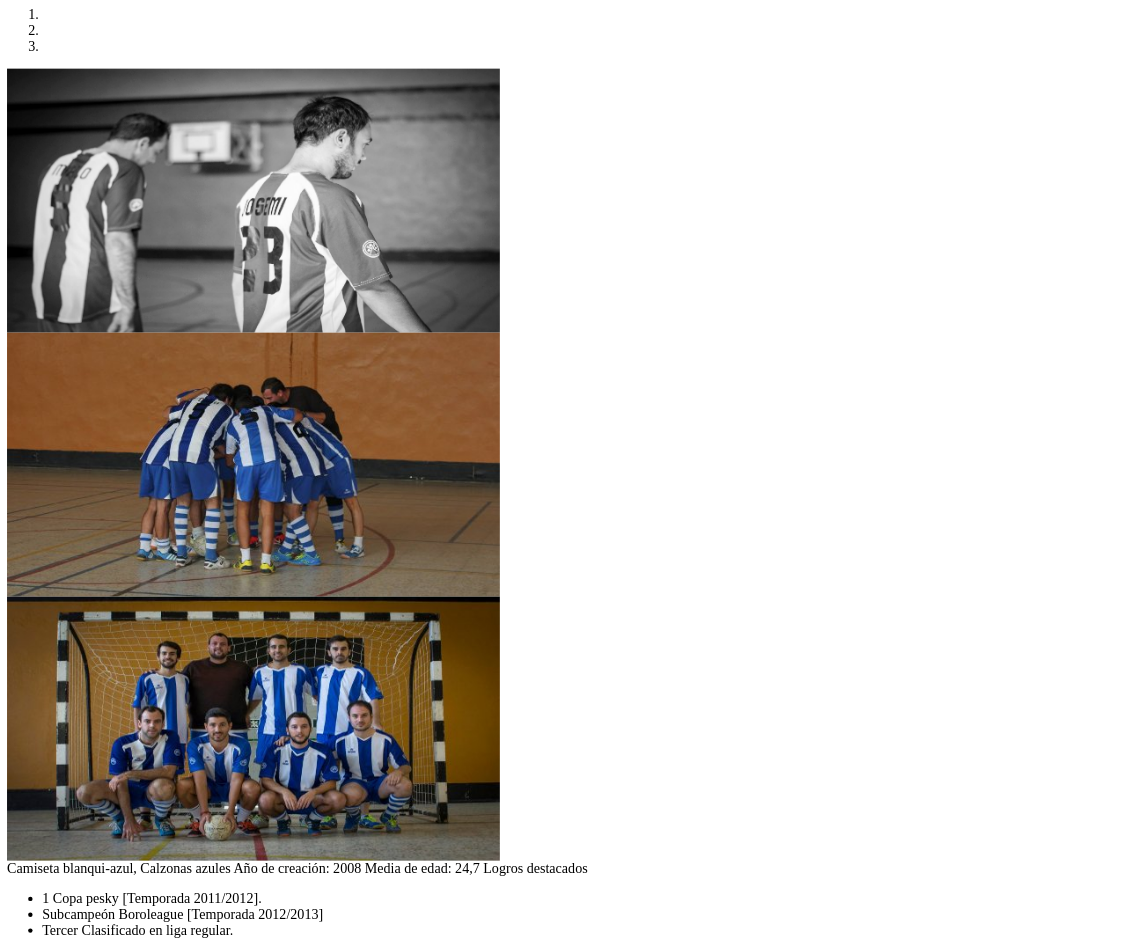
Repository: DiegoGodoy/atletiblue
Page: app/views/plantilla.html
The author's editor kept a record of every edit. The page is drawn from the files as they stood at one moment, then again after the next edit.
The browser window is 1280 px wide. The pictures show the whole page, at 88% of full size.

Above is the page before.

### app/views/plantilla.html
<div ng-controller="PlantillaCtrl" class="container" >
        <div class="row">

            <div class="col-md-12">
                <div class="panel">
                    <div class="panel-body">
                         <div id="miCarrusel" class="carousel slide col-md-7" data-ride="carousel">
                          <!-- indicadores para hacer el ciclo -->
                          <ol class="carousel-indicators">
                            <li data-target="#miCarrusel" data-slide-to="0" class="active"></li>
                            <li data-target="#miCarrusel" data-slide-to="1"></li>
                            <li data-target="#miCarrusel" data-slide-to="2"></li>
                          </ol>

                          <!-- Imágenes del slide -->
                          <div class="carousel-inner" role="listbox">
                            <div class="item active">
                              <img src="images/plantilla.jpg">
                            </div>
                            <div class="item">
                              <img src="images/plantilla2.jpg" >
                            </div>
                            <div class="item">
                              <img src="images/plantilla3.jpg">
                            </div>
                          </div>

                          <!-- botón retrasar y avanzar -->
                         <div class="left carousel-control" href="#miCarrusel"
                           role="button" data-slide="prev">
                            <span class="glyphicon glyphicon-chevron-left" ></span>
                          </div>
                          <div class="right carousel-control" href="#miCarrusel"
                           role="button" data-slide="next">
                            <span class="glyphicon glyphicon-chevron-right"></span>
                          </div>
                        </div>
                        <div class="col-md-5">
                        Camiseta blanqui-azul, Calzonas azules

                        Año de creación: 2008

                        Media de edad: 24,7

                        Logros destacados
                        <ul>
                            <li>1 Copa pesky [Temporada 2011/2012].</li>
                            <li>Subcampeón Boroleague [Temporada 2012/2013]</li>
                            <li>Tercer Clasificado en liga regular.</li>
                        </ul>
                        </div>
                </div>
            </div>
        </div>
    </div>

After the next edit:
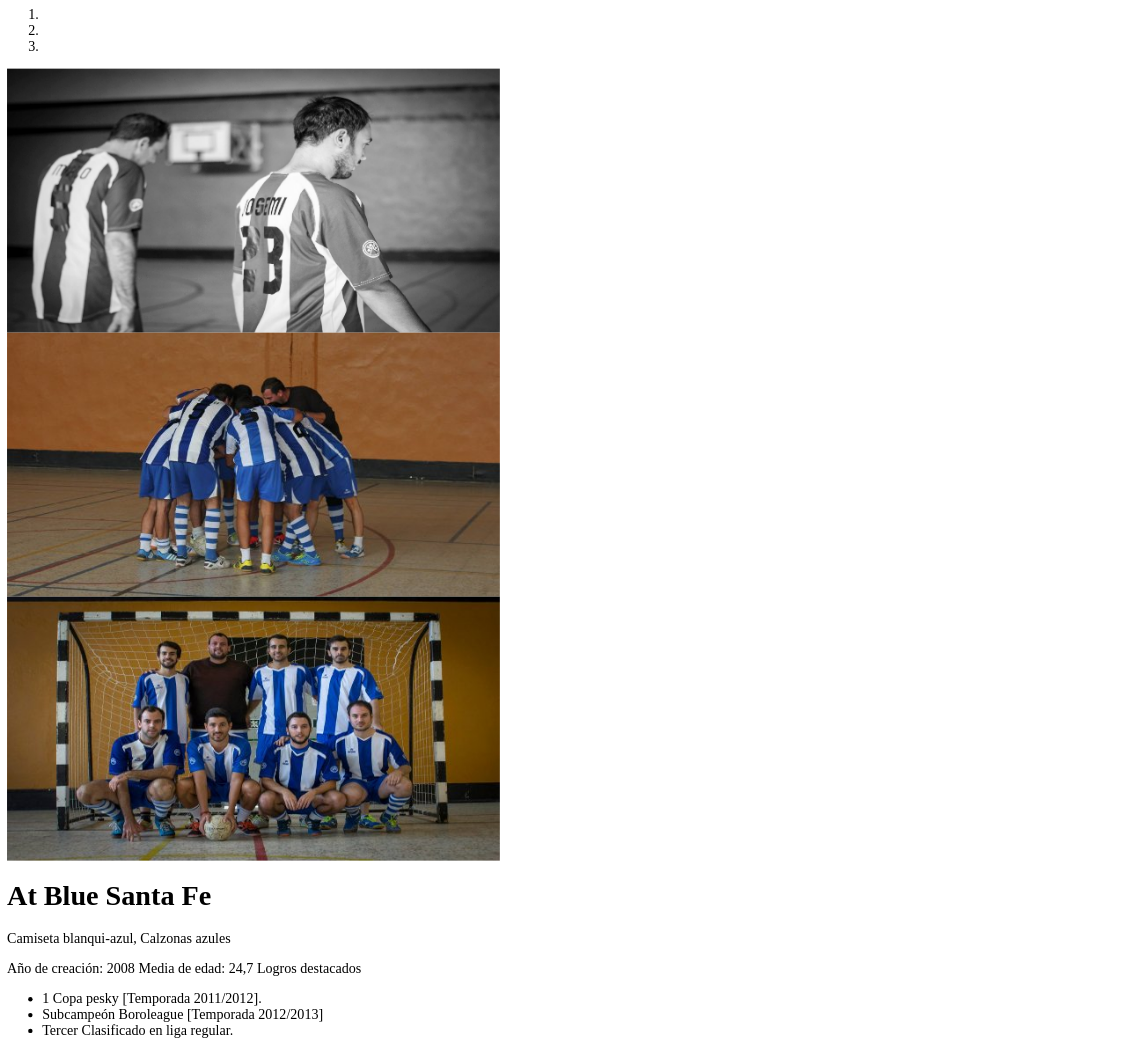
The edit:
--- a/app/views/plantilla.html
+++ b/app/views/plantilla.html
@@ -35,19 +35,20 @@
                             <span class="glyphicon glyphicon-chevron-right"></span>
                           </div>
                         </div>
-                        <div class="col-md-5">
-                        Camiseta blanqui-azul, Calzonas azules
+                        <div class="col-md-5 palmares">
+                            <h1>At Blue Santa Fe</h1>
+                            <p>Camiseta blanqui-azul, Calzonas azules</p>
 
-                        Año de creación: 2008
+                            Año de creación: 2008
 
-                        Media de edad: 24,7
+                            Media de edad: 24,7
 
-                        Logros destacados
-                        <ul>
-                            <li>1 Copa pesky [Temporada 2011/2012].</li>
-                            <li>Subcampeón Boroleague [Temporada 2012/2013]</li>
-                            <li>Tercer Clasificado en liga regular.</li>
-                        </ul>
+                            Logros destacados
+                            <ul>
+                                <li>1 Copa pesky [Temporada 2011/2012].</li>
+                                <li>Subcampeón Boroleague [Temporada 2012/2013]</li>
+                                <li>Tercer Clasificado en liga regular.</li>
+                            </ul>
                         </div>
                 </div>
             </div>
